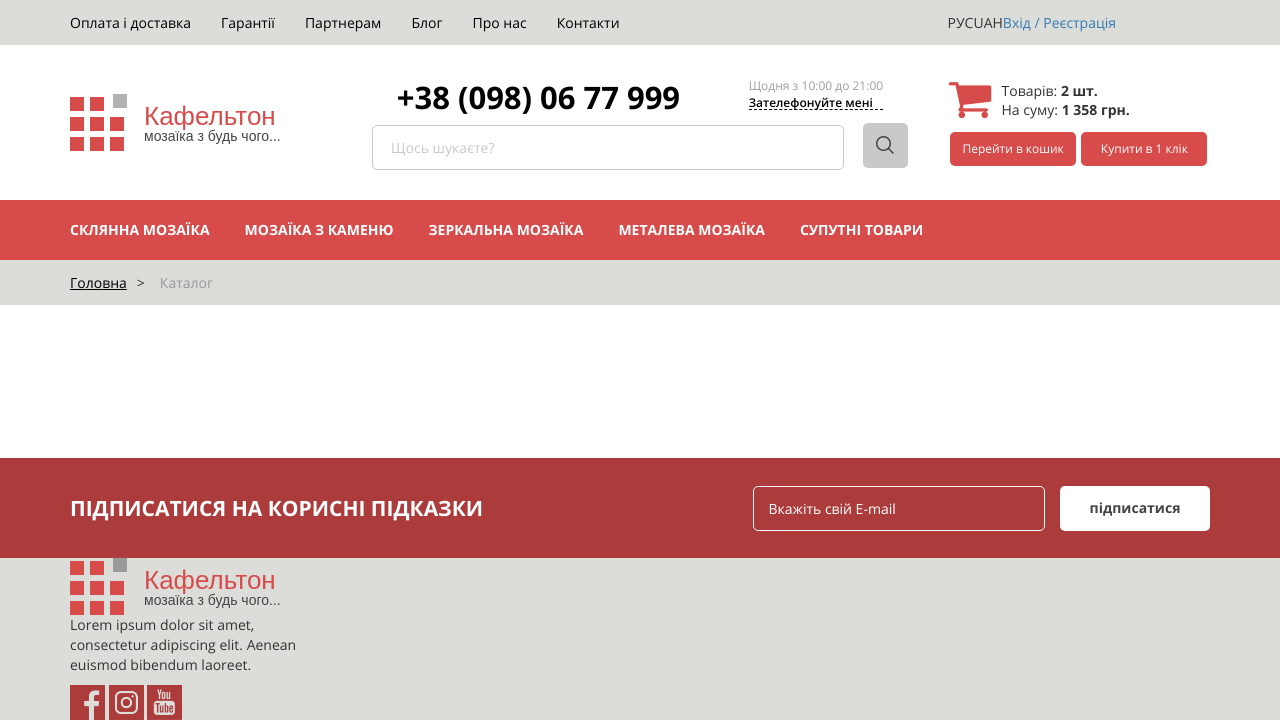
Repository: zellenka/mozaika
Page: app/index.html
These files come from the project's save history. The page is drawn as it stood at one moment and after the next save; the edit follows.
The browser window is 1280 px wide. The pictures show the whole page.
Some web fonts or font styles are not loaded; a fallback is used. The style sheet was rebuilt from its Sass, Less or Tailwind sources for each picture, by a compiler version that may differ from the author's.

Above is the page before, as saved 2018-07-13 16:16:13.
Console error (its wording comes from the project's code and is left out).

After the next save:
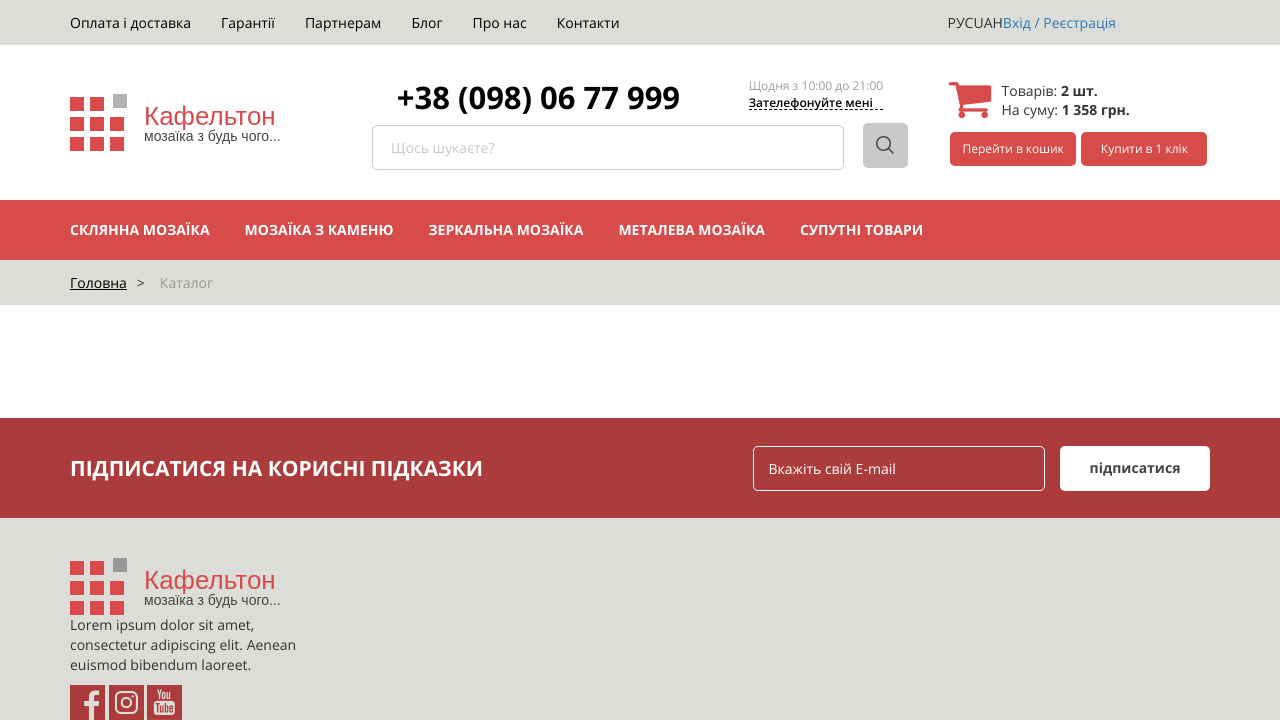
Saved 58 s later.
--- a/app/sass/main.sass
+++ b/app/sass/main.sass
@@ -281,6 +281,9 @@ ul
     min-width: 150px
     height: 45px
 
+.footer-block
+    padding-top: 40px
+
 .footer-block__social
 
 .footer-block__social-text
